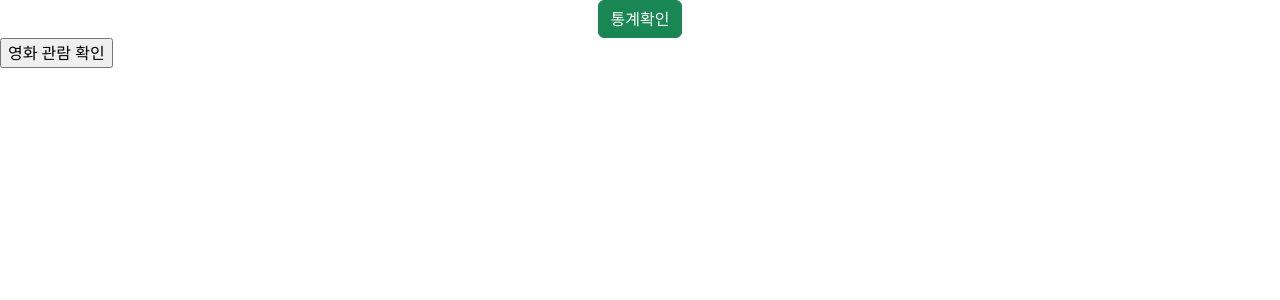
Repository: Hugh-KR/AccountBook
Page: http://localhost/Account_Book/hello.jsp
These files come from the project's save history. The page is drawn as it stood at one moment and after the next save; the edit follows.
The browser window is 1280 px wide. The pictures show the whole page.
The page is served by Tomcat 9. Nobody is signed in. The application's start-up code is not run.

Above is the page before, as saved 2022-12-05 12:35:19.

After the next save:
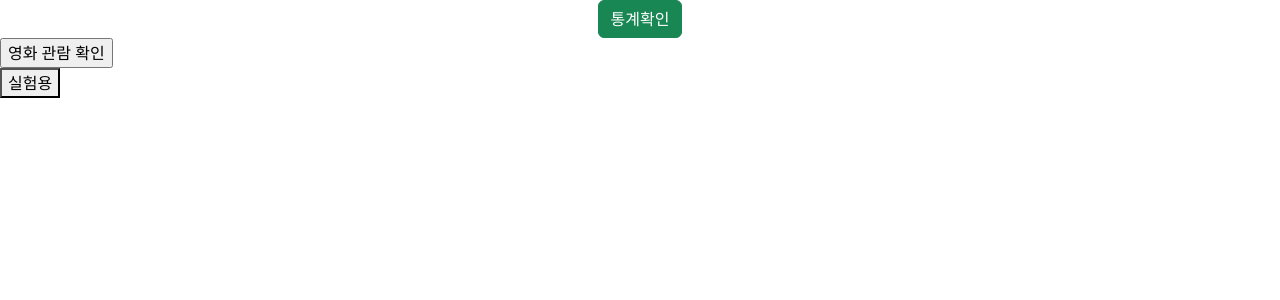
Saved 2 min 5 s later.
--- a/Account_Book/src/main/webapp/hello.jsp
+++ b/Account_Book/src/main/webapp/hello.jsp
@@ -38,5 +38,8 @@
 <!--<a id="daylist">응애</a>  -->
 <input id="daylist" type ="button" value="영화 관람 확인"><br>
 <div id="result"></div>
+<form action="yeah">
+<button>실험용</button>
+</form>
 </body>
 </html>
